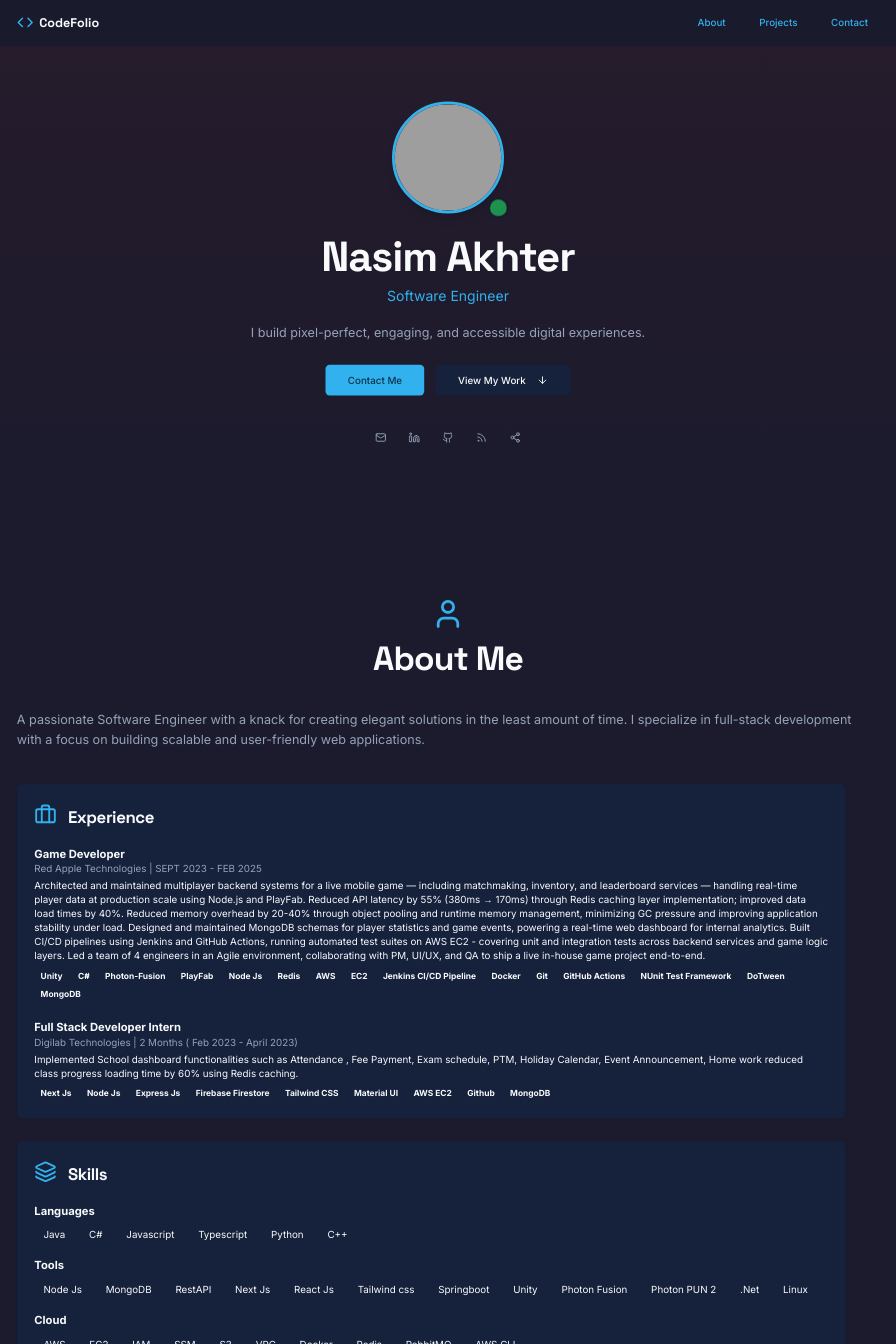
Repository: jagwar7/connect-jagwar
Page: /
These files come from the project's save history. The page is drawn as it stood at one moment and after the next save; the edit follows.
The browser window is 1280 px wide. The pictures show the part of the page from y = 0 to 1920 px (the page is 4477 px tall before and 4930 px after), at 70% of full size.
Pictures or frames that could not be fetched are drawn as grey boxes. The project was rebuilt for these pictures with package versions that can differ from the ones it lists, and the page was loaded fresh each time. The framework's server and built-in components were replaced by stand-ins that run in the browser. Also part of the build but not shown: next.config.ts.

Above is the page before, as saved 2026-04-23 08:00:55.

After the next save:
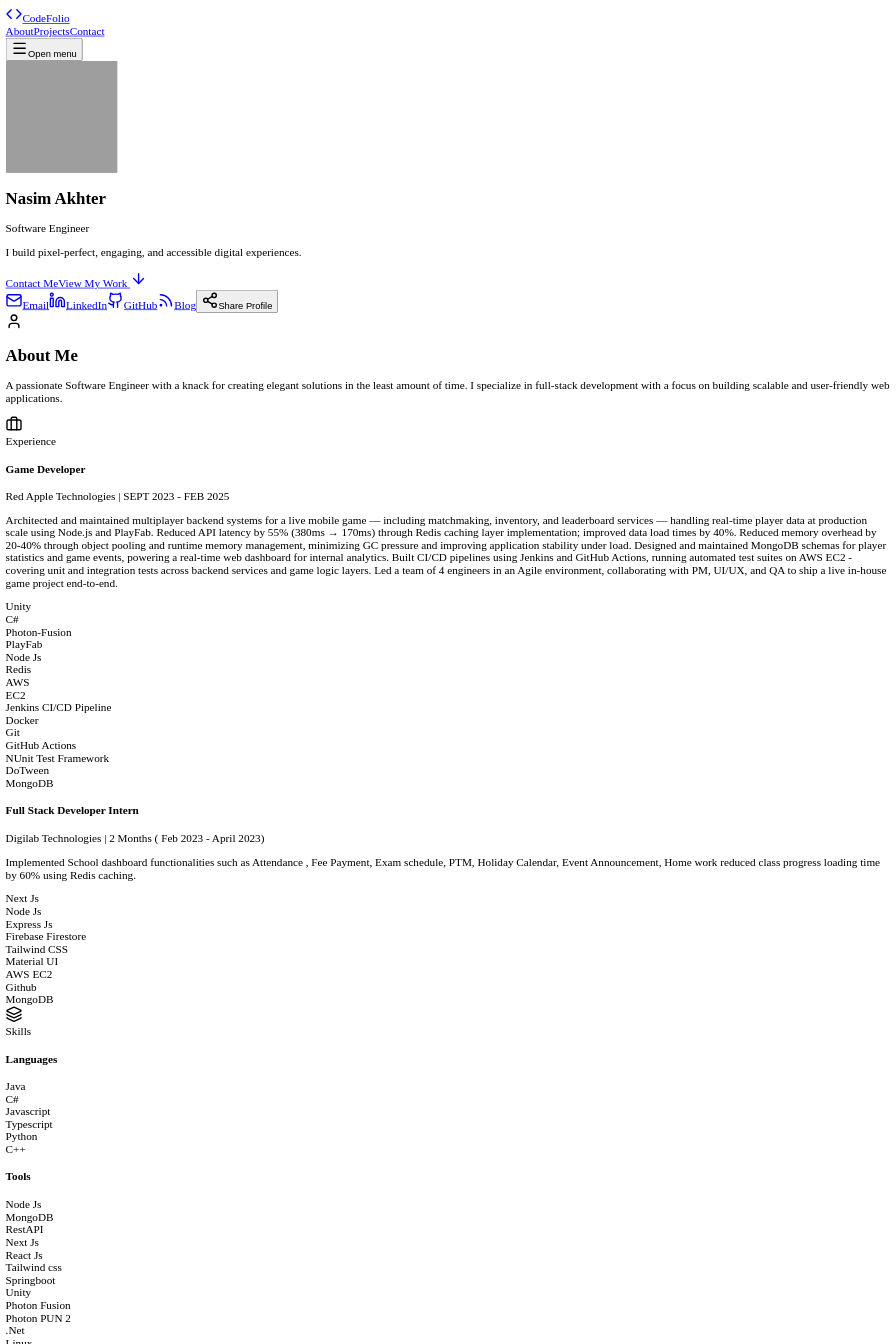
Saved 12 h 27 min later.
--- a/src/app/layout.tsx
+++ b/src/app/layout.tsx
@@ -1,5 +1,5 @@
 import type { Metadata } from 'next';
-import './globals.css';
+// import './globals.css';
 import { Toaster } from '@/components/ui/toaster';
 import { cn } from '@/lib/utils';
 

After the save that followed:
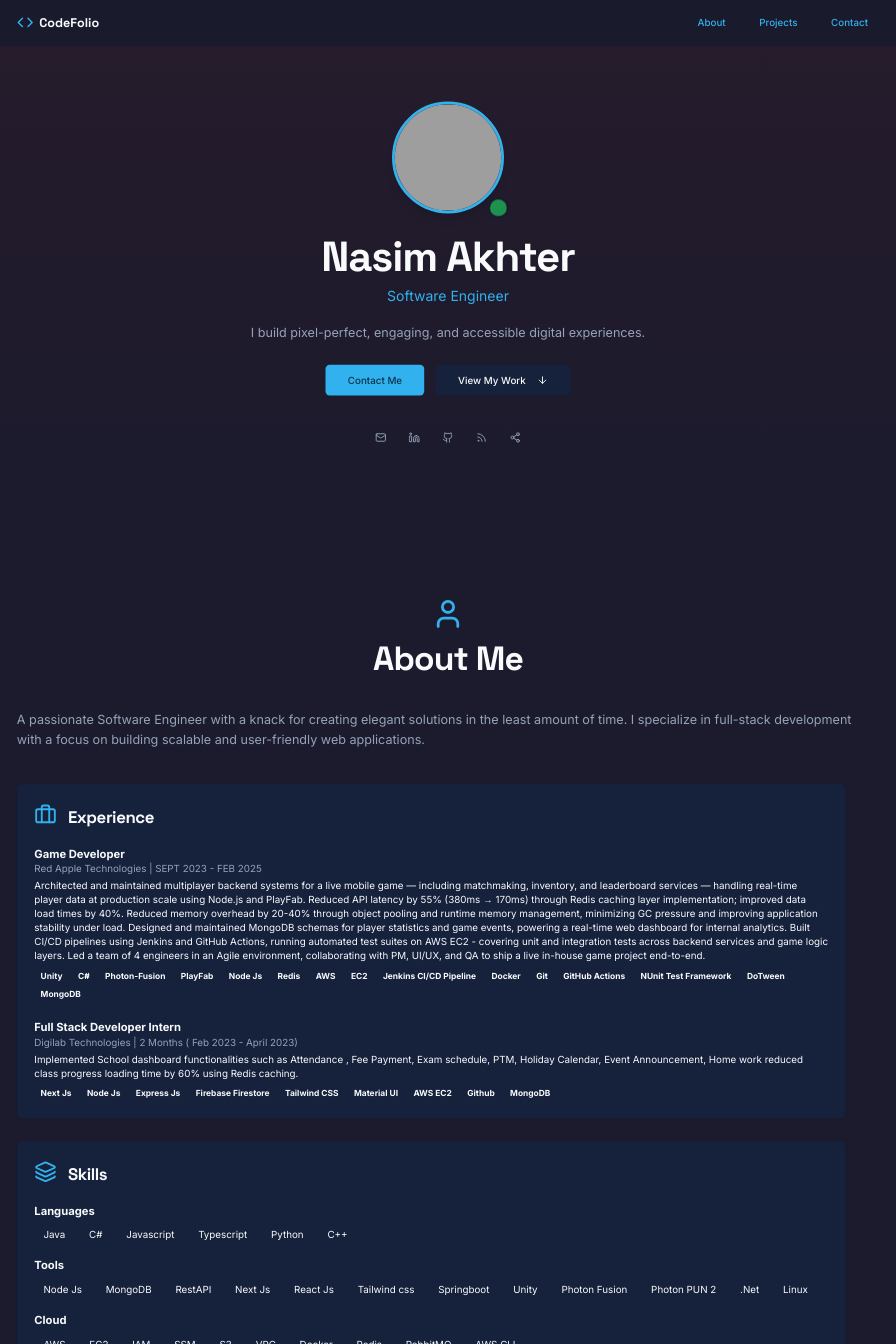
Saved 21 s later.
--- a/src/app/layout.tsx
+++ b/src/app/layout.tsx
@@ -1,5 +1,5 @@
 import type { Metadata } from 'next';
-// import './globals.css';
+import './globals.css';
 import { Toaster } from '@/components/ui/toaster';
 import { cn } from '@/lib/utils';
 
